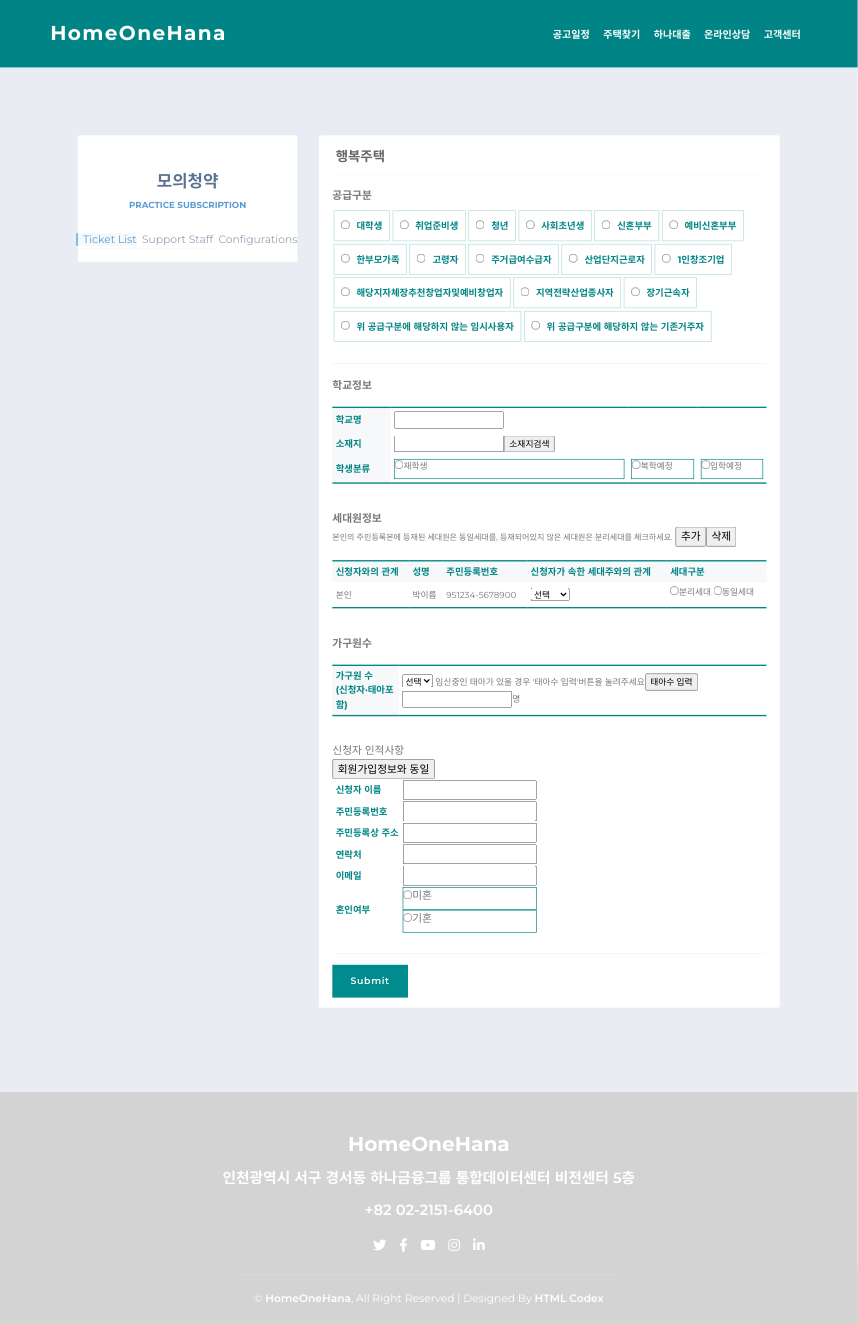
Repository: koposoftware/2021_10_syyoon
Page: http://localhost/HomeOneHana/WEB-INF/jsp/subscription/subscription.jsp
The author's editor kept a copy of each file at every save. The page is drawn from the files as they stood at one save, then again after the next save.
The browser window is 1280 px wide. The pictures show the whole page, at 67% of full size.
Some icons come from a web library that is not loaded, so they are not drawn. Some web libraries are served in a nearby version. The page is served by Tomcat 9. Nobody is signed in. The template is opened directly, without the code that normally fills it, so the values that code supplies are empty.

Above is the page before, as saved 2021-09-15 00:05:36.

After the next save:
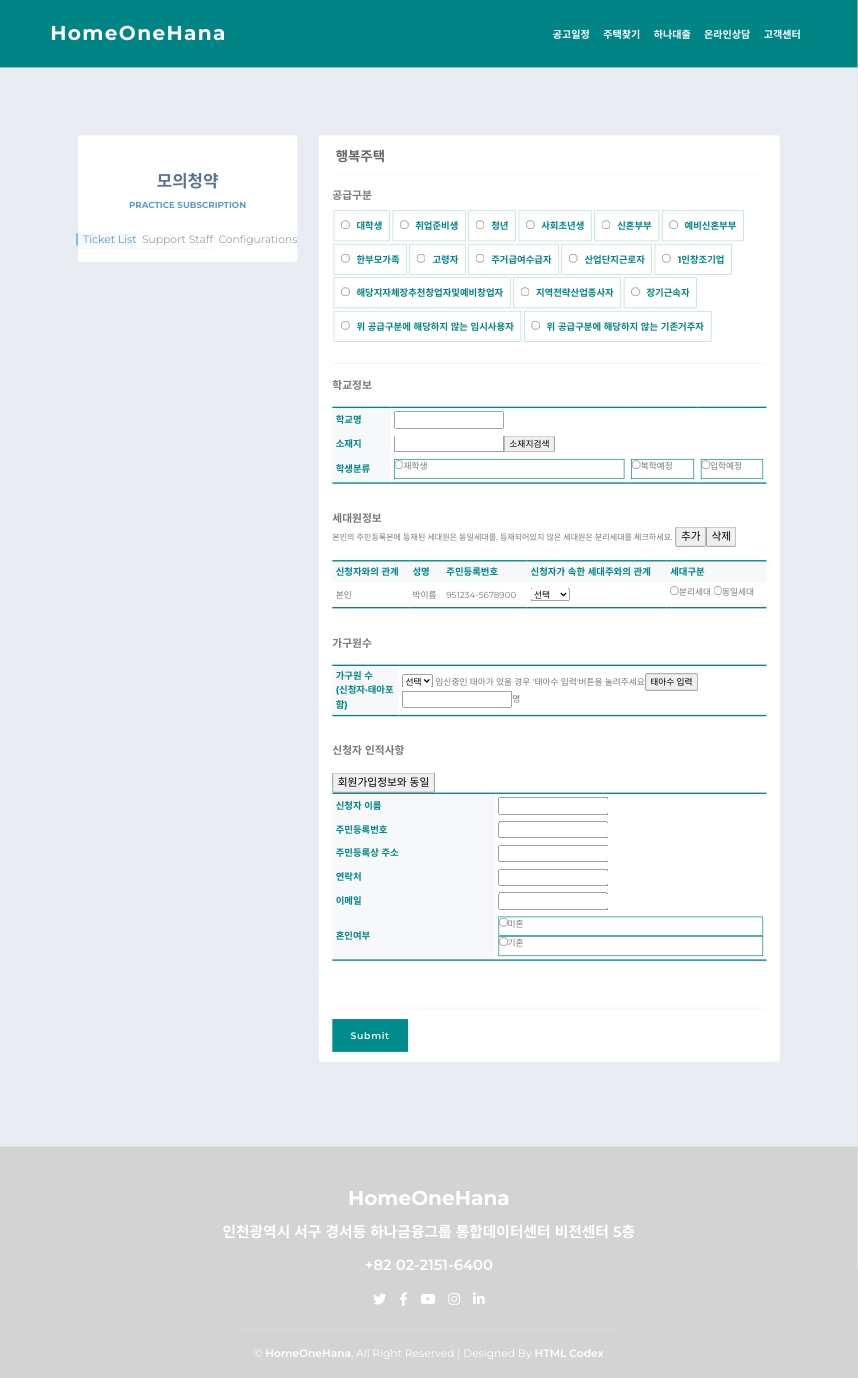
Saved 27 s later.
--- a/project/Spring-mvc/HomeOneHana/src/main/webapp/WEB-INF/jsp/subscription/subscription.jsp
+++ b/project/Spring-mvc/HomeOneHana/src/main/webapp/WEB-INF/jsp/subscription/subscription.jsp
@@ -171,10 +171,12 @@
 				                                		</table>
 
 				                                	</div>
-
-				                                		<div>신청자 인적사항</div>
+				                                	<div class="detailBox">
+				                                		<div class="detailtitle">
+			                                				<div class="ititle">신청자 인적사항</div>
+			                                			</div>
 				                                		<input type="button" value="회원가입정보와 동일">
-				                                		<table>
+				                                		<table class="detailinfotbl">
 
 				                                			<tr>
 				                                				<th><div class="icontent">신청자 이름</div></th>
@@ -205,6 +207,7 @@
 			                                				</tr>
 
 				                                		</table>
+				                              		</div>
 				                              </div>
 			                                </div>
 			                              <button type="submit" class="btn btn-default">Submit</button>
